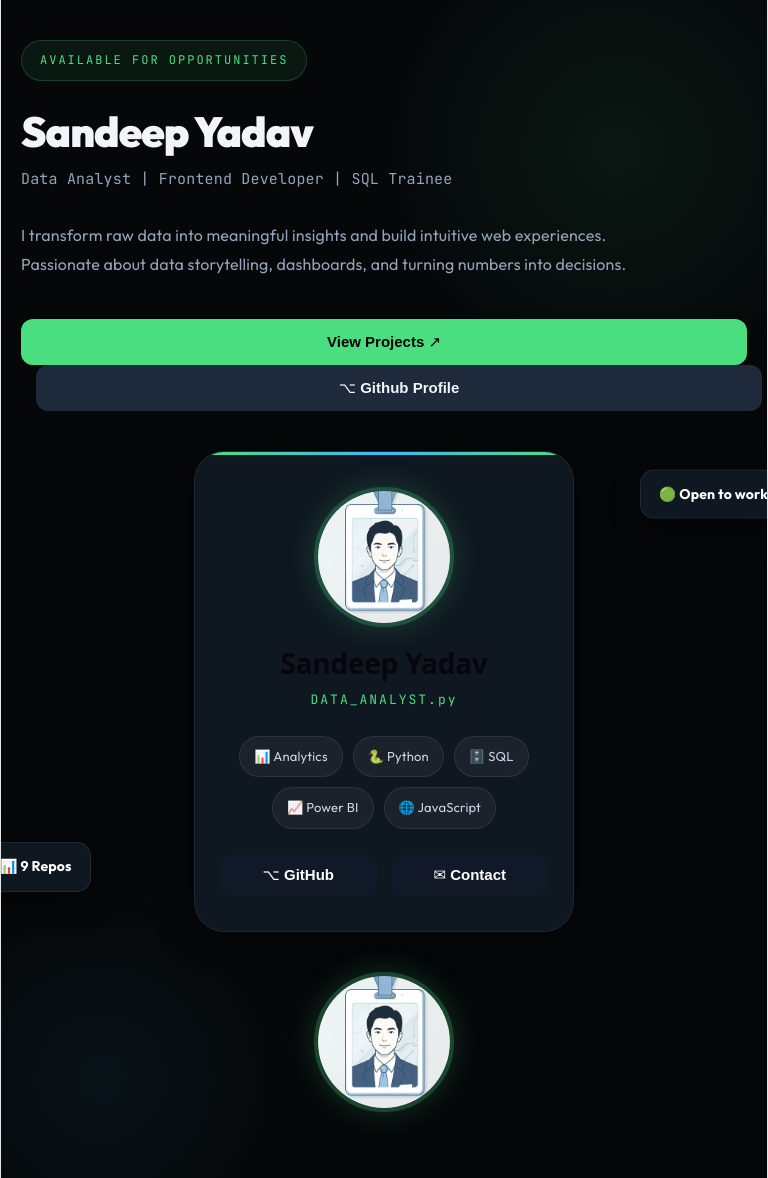
Repository: SandeepYadav18717/sandeepyadav
Page: / (app in Datanaltics_ portfolio/)
The author's editor kept a copy of each file at every save. The page is drawn from the files as they stood at one save, then again after the next save.
The browser window is 768 px wide. The pictures show the whole page.
The project was rebuilt for these pictures with package versions that can differ from the ones it lists, and the page was loaded fresh each time. Also part of the build but not shown: Datanaltics_ portfolio/vite.config.js, Datanaltics_ portfolio/src/App.css.

Above is the page before, as saved 2026-05-23 05:35:41.

After the next save:
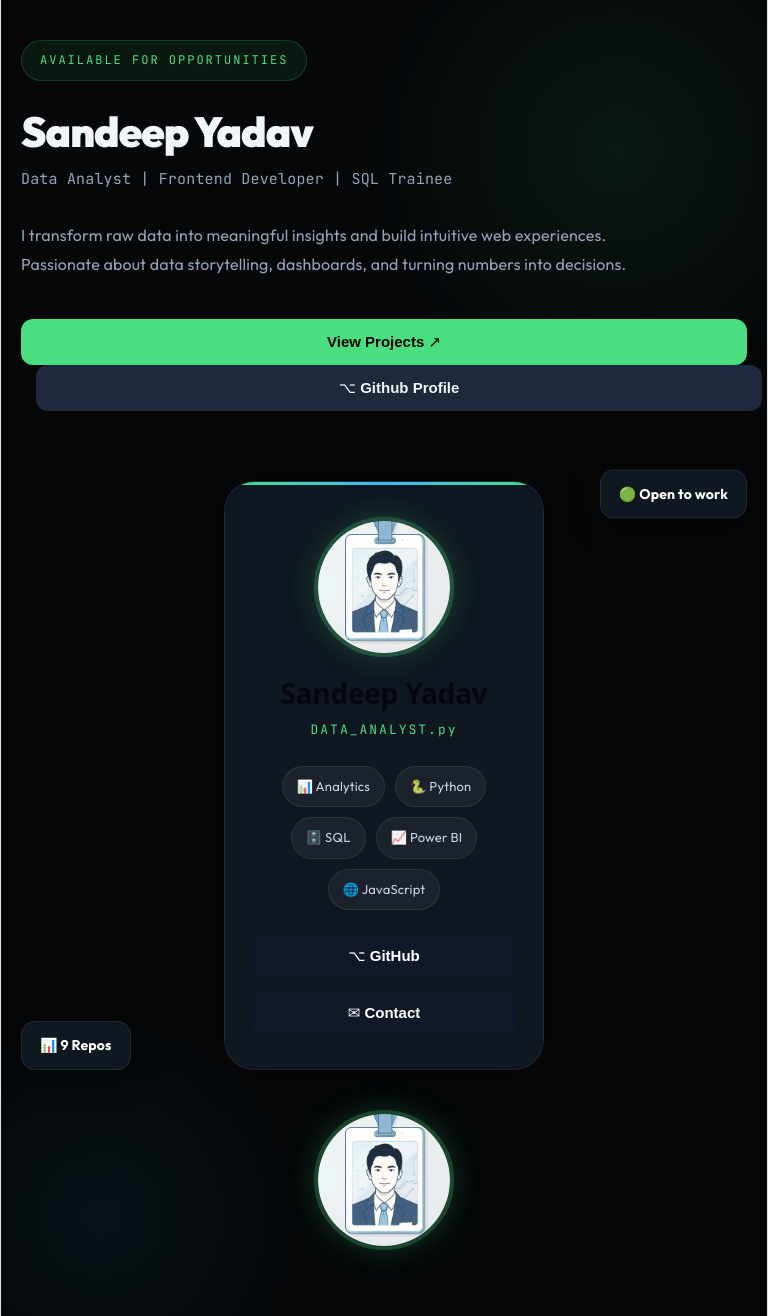
Saved 5 min 9 s later.
--- a/Datanaltics_ portfolio/src/Css/Main.css
+++ b/Datanaltics_ portfolio/src/Css/Main.css
@@ -490,3 +490,35 @@ button:hover {
 
   transform:translateY(-3px);
 }
+/* MOBILE FIX */
+@media(max-width:768px){
+
+  .profile-wrapper{
+
+    margin-top:30px;
+  }
+
+  .badge-top{
+
+    top:-10px;
+
+    right:0;
+  }
+
+  .badge-bottom{
+
+    bottom:-10px;
+
+    left:0;
+  }
+
+  .profile-card{
+
+    max-width:320px;
+  }
+
+  .profile-buttons{
+
+    flex-direction:column;
+  }
+}
